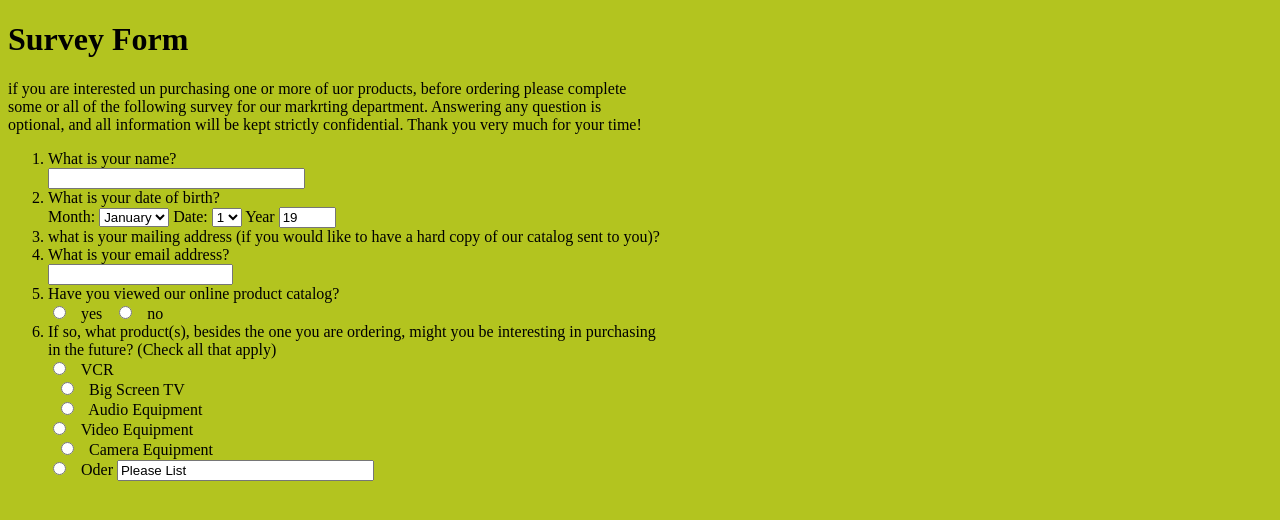
Repository: PhamChiXuan1/HTCNW_tuan3_DHCNTT16C_PhamChiXuan_20030131
Page: bt17.html
The author's editor kept a copy of each file at every save. The page is drawn from the files as they stood at one save, then again after the next save.
The browser window is 1280 px wide. The pictures show the whole page.

Above is the page before, as saved 2022-02-27 22:46:05.

### bt17.html
<!DOCTYPE html>
<html lang="en">
<head>
    <meta charset="UTF-8">
    <meta http-equiv="X-UA-Compatible" content="IE=edge">
    <meta name="viewport" content="width=device-width, initial-scale=1.0">
    <title>Document</title>
</head>
<body style="background-color: rgb(179, 196, 31);">
    <H1>Survey Form</H1>
    <P>if you are interested un purchasing one or more of uor products, before ordering please complete <br>some or all of the following survey for our markrting department. Answering any question is <br>optional, and all information will be kept strictly confidential. Thank you very much for your time!</P>
    <ol type="1">

        <li>What is your name?</li>
            <input type="text" id="" name="19" size="29" >

        <li>What is your date of birth?</li>
        <form>
            <label for="cars">Month:</label>
            <select id="cars" name="cars">
                <option value="January">January</option>
            </select>
            <label for="cars">Date:</label>
            <select id="cars" name="cars">
                <option value="1">1</option>
            </select>
            <label for="cars">Year</label>
            <input type="text" id="" name="" size="4" value="19">

            <li>what is your mailing address (if you would like to have a hard copy of our catalog sent to you)?</li>

            <li>What is your email address?</li>
            <form>
                <input type="text" id="fname" name="fname" value=""><br>
            </form>

            <li>Have you viewed our online product catalog?</li>
            <input type="radio" id="" name="" value="">
                <label for="yes">yes</label>
            <input type="radio" id="" name="" value="">
                <label for="no">no</label><br>

            <li>If so, what product(s), besides the one you are ordering, might you be interesting in purchasing <br>in the future? (Check all that apply)</li>
            <input type="radio" id="" name="" value="">
                <label for="VCR">VCR</label><br>
            <input type="radio" id="" name="" value="">
                <label for="Big Screen TV">Big Screen TV</label><br>
            <input type="radio" id="" name="" value="">
                <label for="Audio Equipment">Audio Equipment</label><br>
            <input type="radio" id="" name="" value="">
                <label for="Video Equipment">Video Equipment</label><br>
            <input type="radio" id="" name="" value="">
                <label for="Camera Equipment">Camera Equipment</label><br>
            <input type="radio" id="" name="" value="">
                <label for="Oder">Oder</label> <input type="text" id="" name="" size="29" value="Please List">
        </form>
    </ol>


</body>
</html>

After the next save:
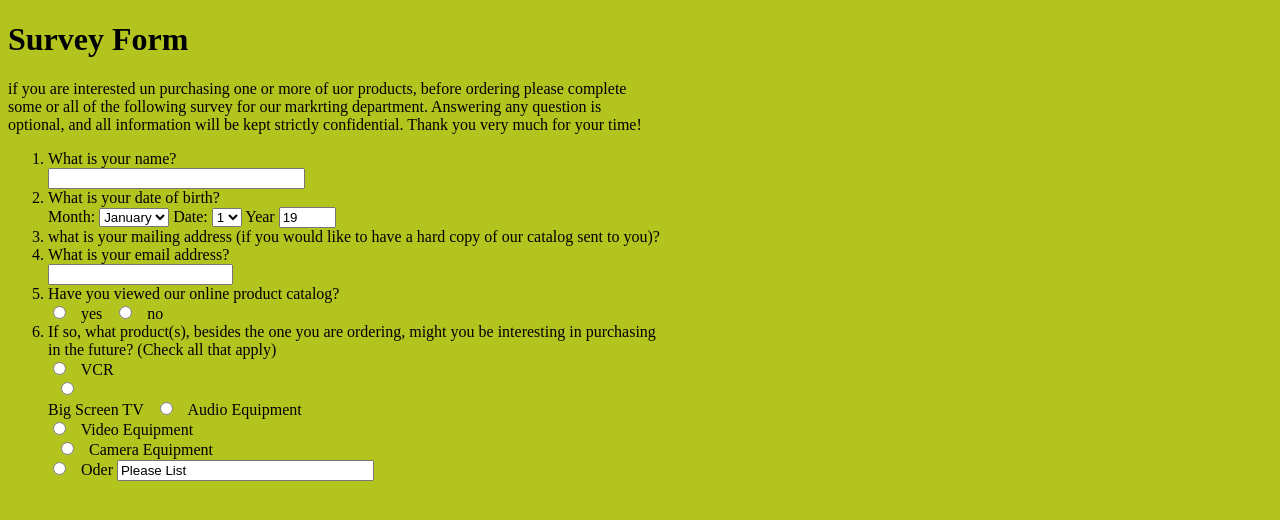
Saved 44 s later.
--- a/bt17.html
+++ b/bt17.html
@@ -44,7 +44,7 @@
             <input type="radio" id="" name="" value="">
                 <label for="VCR">VCR</label><br>
             <input type="radio" id="" name="" value="">
-                <label for="Big Screen TV">Big Screen TV</label><br>
+               <br> <label for="Big Screen TV">Big Screen TV</label>
             <input type="radio" id="" name="" value="">
                 <label for="Audio Equipment">Audio Equipment</label><br>
             <input type="radio" id="" name="" value="">
